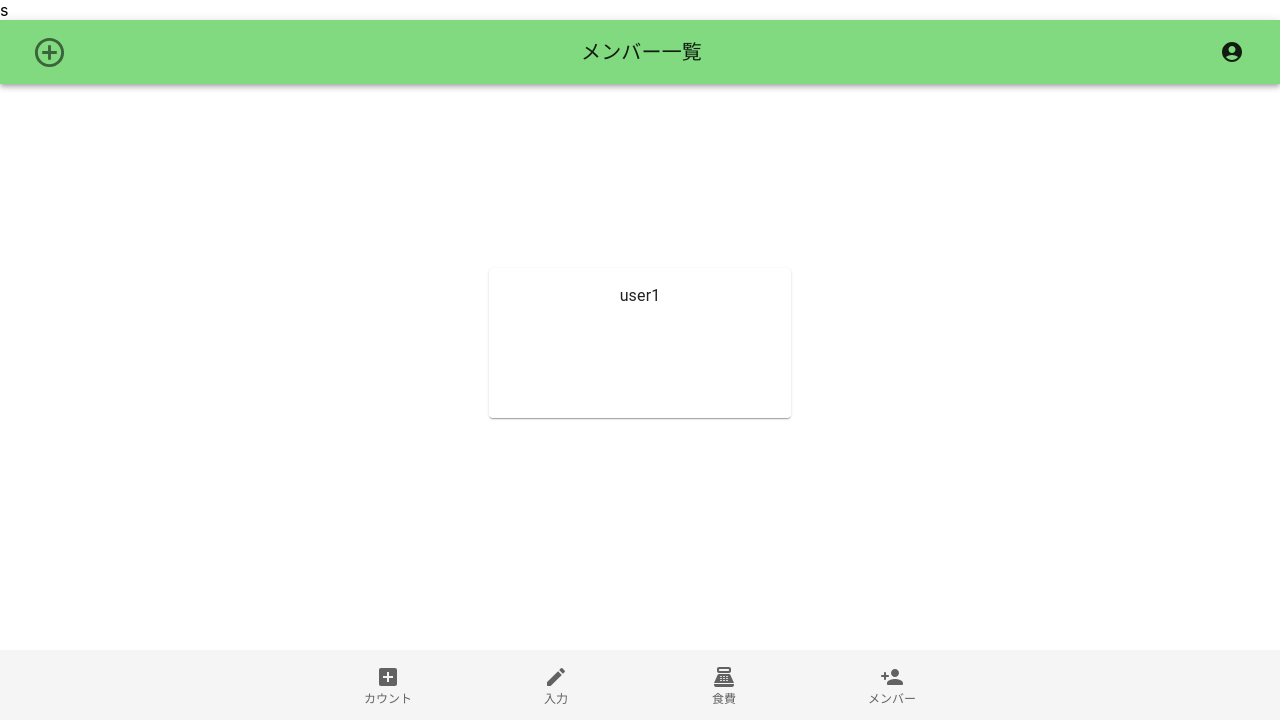
Repository: motohiro0410/motsufood
Page: /users (app in frontend/)
The author's editor kept a copy of each file at every save. The page is drawn from the files as they stood at one save, then again after the next save.
The browser window is 1280 px wide. The pictures show the whole page.
The page's requests for data from a server got no answer. The project was rebuilt for these pictures with package versions that can differ from the ones it lists, and the page was loaded fresh each time. No one was signed in, and anything a server would have sent is missing. Also part of the build but not shown: frontend/src/App.css, frontend/src/components/pages/Login.tsx, frontend/src/components/organisms/MainHeader.tsx, frontend/src/components/pages/Count.tsx, frontend/src/components/pages/Money.tsx, frontend/src/components/organisms/SignInHeader.tsx, frontend/src/components/pages/SignIn.tsx, frontend/src/components/pages/Page404.tsx and 1 more.

Above is the page before, as saved 2022-08-13 21:14:35.

### frontend/src/App.tsx
import './App.css';
import { BrowserRouter } from "react-router-dom";

import { Router } from "./router/Router";
import { ThemeProvider } from '@mui/system';
import { theme } from './theme/theme';

import { AdapterDateFns } from '@mui/x-date-pickers/AdapterDateFns';
import { LocalizationProvider } from '@mui/x-date-pickers/LocalizationProvider';
import { HeaderProvider } from "./providers/HeaderProvider"

function App() {
  return (
    <LocalizationProvider dateAdapter={AdapterDateFns}>
      <ThemeProvider theme={theme}>
        <HeaderProvider>
          <BrowserRouter>s
            <Router />
          </BrowserRouter>
        </HeaderProvider>
      </ThemeProvider>
    </LocalizationProvider>


  );
}

export default App;

### frontend/src/router/Router.tsx
import { FC, memo } from "react";
import { Switch, Route } from "react-router-dom";

import { Login } from "../components/pages/Login";
import { Count } from "../components/pages/Count";
import { Money } from "../components/pages/Money";
import { Users } from "../components/pages/Users";
import { SignIn } from "../components/pages/SignIn";
import { Page404 } from "../components/pages/Page404";

import { InputFoodExpence } from "../components/pages/InputFoodExpence";

export const Router: FC = memo(() => {
  return (
    <Switch>
      <Route exact path="/">
        <Login />
      </Route>
      <Route path="/signin">
        <SignIn />
      </Route>
      <Route path="/users/:userId/count">
        <Count />
      </Route>
      <Route path="/users/:userId/money">
        <Money />
      </Route>
      <Route path="/users">
        <Users />
      </Route>
      <Route path="/users/:userId/input">
        <InputFoodExpence />
      </Route>
      <Route path="*">
        <Page404 />
      </Route>
    </Switch>
  )
})

### frontend/src/theme/theme.ts
import { createTheme } from "@mui/material"

export const theme = createTheme({
  palette: {
    primary: {
      main: "#81da7f"
    }
  }
});

### frontend/src/providers/HeaderProvider.tsx
import { createContext } from "react";

export const HeaderContext = createContext<Context[]>({} as Context[]);

export type Context = {
  title: string;
}

export const HeaderProvider = (props: any) => {
  const { children } = props;
  const contextName: Context[] = [
    {title: "ホーム"},
    {title: "食費入力"},
    {title: "支払い"},
    {title: "ユーザー編集"},
  ]



  return (
    <HeaderContext.Provider value={contextName}>
      {children}
    </HeaderContext.Provider>
  )
}

### frontend/src/components/pages/Users.tsx
import { FC, memo, useState, useEffect } from "react";

import { GroupHeader } from "../organisms/GroupHeader";
import { Footer } from "../organisms/Footer";
import { Grid, Typography, Card, Stack, CardMedia, CardContent } from "@mui/material"
import { UserDetailModal } from "../organisms/UserDetailModal";
import { fetchUsers } from "../../apis/users";

export const Users: FC = memo(() => {
    // モーダルの開閉
    const [open, setOpen] = useState(false);
    const handleOpen = () => setOpen(true);
    const handleClose = () => setOpen(false);

    useEffect(() => {
      fetchUsers()
      .then ((data) =>
        console.log(data)
      )
    })

  return (
    <>
      <GroupHeader  handleOpen={handleOpen} />
        <Grid container justifyContent="center" spacing={3} sx={{ mt: 20 }} wrap="wrap" >
            <Grid item xs={3} sm={3}>
              <Card sx={{ height: 150 }}>
                <Stack textAlign="center">
                  <CardMedia component="image" height="100" src="https://source.unsplash.com/random" />
                  <CardContent>
                    <Typography>
                      user1
                    </Typography>
                  </CardContent>
                </Stack>
              </Card>
            </Grid>
            {/* <Grid item xs={3} sm={3}>
              <Card sx={{ height: 150 }}>
                <Typography textAlign="center" sx={{ mt: 6 }}>
                  user2
                </Typography>
              </Card>
            </Grid>
            <Grid item xs={3} sm={3}>
              <Card sx={{ height: 150 }}>
                <Typography textAlign="center" sx={{ mt: 6 }}>
                  user3
                </Typography>
              </Card>
            </Grid> */}
          </Grid>
      <Footer />
      <UserDetailModal open={open} handleClose={handleClose} />
    </>

  )
})

### frontend/src/components/organisms/Footer.tsx
import React, { FC, memo } from "react";

import Box from '@mui/material/Box';
import BottomNavigation from '@mui/material/BottomNavigation';
import BottomNavigationAction from '@mui/material/BottomNavigationAction';
import AddBoxIcon from '@mui/icons-material/AddBox';
import ModeEditRoundedIcon from '@mui/icons-material/ModeEditRounded';
import PointOfSaleRoundedIcon from '@mui/icons-material/PointOfSaleRounded';
import PersonAddRoundedIcon from '@mui/icons-material/PersonAddRounded';
import { grey } from '@mui/material/colors';

export const Footer: FC = memo(() => {

  return (
    <Box sx={{ width: '100%', position: 'fixed', bottom: 0 }}
    >
      <BottomNavigation
        showLabels
        sx={{bgcolor: grey[100], height: 70 }}
      >
        <BottomNavigationAction href="/users/100/Count" label="カウント" icon={<AddBoxIcon />} />
        <BottomNavigationAction href="/users/100/input" label="入力" icon={<ModeEditRoundedIcon />} />
        <BottomNavigationAction href="/users/100/money" label="食費" icon={<PointOfSaleRoundedIcon />} />
        <BottomNavigationAction href="/users" label="メンバー" icon={<PersonAddRoundedIcon />} />
      </BottomNavigation>
    </Box>
  );
})

### frontend/src/components/organisms/UserDetailModal.tsx
import { FC, memo } from "react";

import { Stack, FormControl, FormLabel, Input } from "@mui/material";
import Box from '@mui/material/Box';
import Modal from '@mui/material/Modal';

type Props = {
  handleClose: () => void;
  open: boolean;
}

export const UserDetailModal: FC<Props> = memo((props) => {
  const { open, handleClose } = props;

  const style = {
    position: 'absolute' as 'absolute',
    top: '50%',
    left: '50%',
    transform: 'translate(-50%, -50%)',
    width: 500,
    bgcolor: 'background.paper',
    border: '2px solid #000',
    boxShadow: 24,
    p: 4,
  };

  return (
    <div>
    <Modal
      open={open}
      onClose={handleClose}
      aria-labelledby="modal-modal-title"
      aria-describedby="modal-modal-description"
    >
      <Box sx={style}>
        <Stack spacing={4}>
          <FormControl>
            <FormLabel>名前</FormLabel>
            <Input></Input>
          </FormControl>
          <FormControl>
            <FormLabel>email</FormLabel>
            <Input></Input>
          </FormControl>
          <FormControl>
            <FormLabel>password</FormLabel>
            <Input></Input>
          </FormControl>
        </Stack>
      </Box>
    </Modal>
  </div>
  )
})

### frontend/src/components/organisms/GroupHeader.tsx
import { FC, memo } from "react";

import AppBar from '@mui/material/AppBar';
import Box from '@mui/material/Box';
import Toolbar from '@mui/material/Toolbar';
import Typography from '@mui/material/Typography';
import AddCircleOutlineIcon from '@mui/icons-material/AddCircleOutline';
import IconBuuton from '@mui/material/IconButton';
import IconButton from '@mui/material/IconButton';
import AccountCircle from '@mui/icons-material/AccountCircle';

type Props = {
  handleOpen: () => void
}

export const GroupHeader: FC<Props> = memo((props) => {
  const { handleOpen } = props;

  return (
    <Box>
      <AppBar position="static"  >
        <Toolbar>
        <IconBuuton>
            <AddCircleOutlineIcon fontSize="large" />
          </IconBuuton>
          <Typography textAlign="center" variant="h6" component="div" sx={{ flexGrow: 1}}>
            メンバー一覧
          </Typography>
          <IconButton
              size="large"
              aria-label="account of current user"
              aria-controls="menu-appbar"
              aria-haspopup="true"
              color="inherit"
              onClick={handleOpen}
            >
              <AccountCircle  />
            </IconButton>
        </Toolbar>
      </AppBar>
    </Box>
  )
})

### frontend/src/apis/users.ts
import axios from 'axios';
import { usersIndex } from '../urls/Url'

export const fetchUsers = () => {
  return axios.get(usersIndex)
  .then(res => {
    return res.data
  })
  // 本来はバリデーションエラーメッセージなどを表示
  .catch((e) => console.error(e))
}

### frontend/src/urls/Url.ts
export const DEFAULT_API_LOCALHOST = 'http://localhost:3000/api/v1'

export const usersIndex = `${DEFAULT_API_LOCALHOST}/users`
export const moneyCreate = (userId: any) => `${DEFAULT_API_LOCALHOST}/users/${userId}/money`
export const notEatingCountCreate = (userId: any) => `${DEFAULT_API_LOCALHOST}/users/${userId}/count`
export const inputCreate = (userId: any) => `${DEFAULT_API_LOCALHOST}/users/${userId}/input`

Loaded but not shown: frontend/public/index.html (common file); frontend/src/index.tsx (common file); frontend/src/index.css (common file); frontend/src/reportWebVitals.ts (common file)

After the next save:
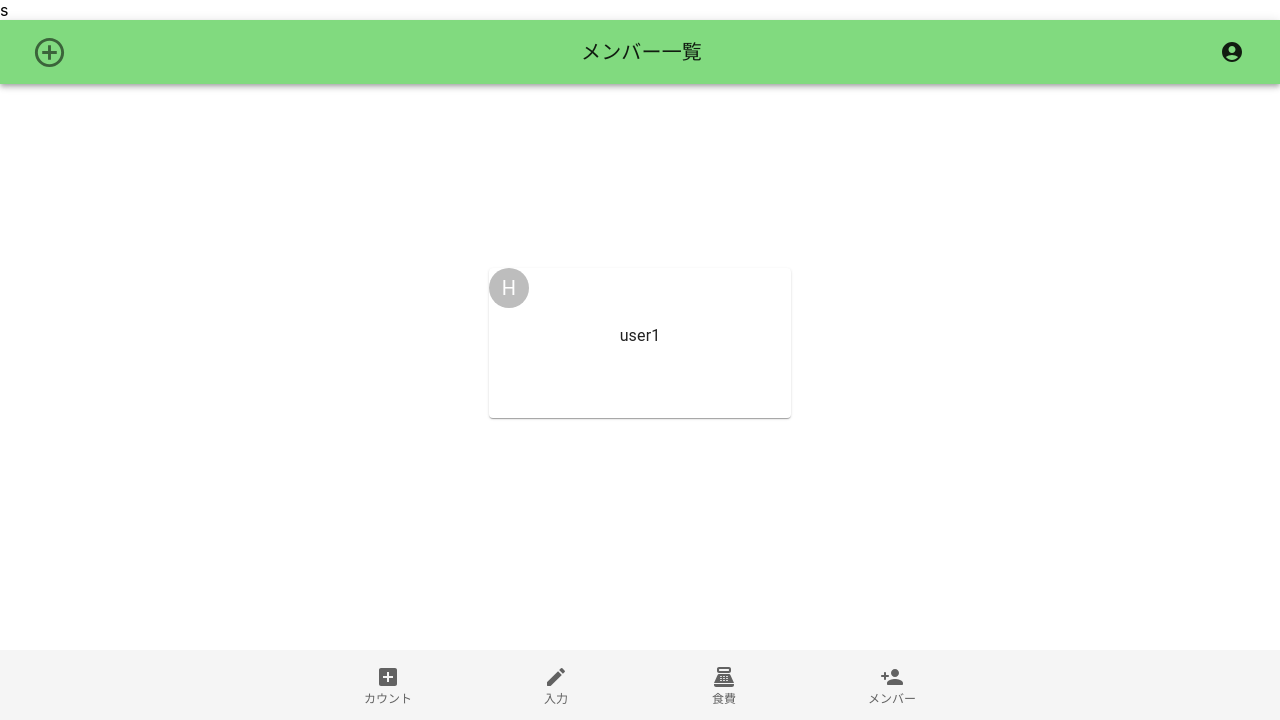
Saved 2 min 53 s later.
--- a/frontend/src/components/pages/Users.tsx
+++ b/frontend/src/components/pages/Users.tsx
@@ -2,7 +2,7 @@ import { FC, memo, useState, useEffect } from "react";
 
 import { GroupHeader } from "../organisms/GroupHeader";
 import { Footer } from "../organisms/Footer";
-import { Grid, Typography, Card, Stack, CardMedia, CardContent } from "@mui/material"
+import { Grid, Typography, Card, Stack, Avatar, CardContent } from "@mui/material"
 import { UserDetailModal } from "../organisms/UserDetailModal";
 import { fetchUsers } from "../../apis/users";
 
@@ -26,7 +26,7 @@ export const Users: FC = memo(() => {
             <Grid item xs={3} sm={3}>
               <Card sx={{ height: 150 }}>
                 <Stack textAlign="center">
-                  <CardMedia component="image" height="100" src="https://source.unsplash.com/random" />
+                  <Avatar>H</Avatar>
                   <CardContent>
                     <Typography>
                       user1
